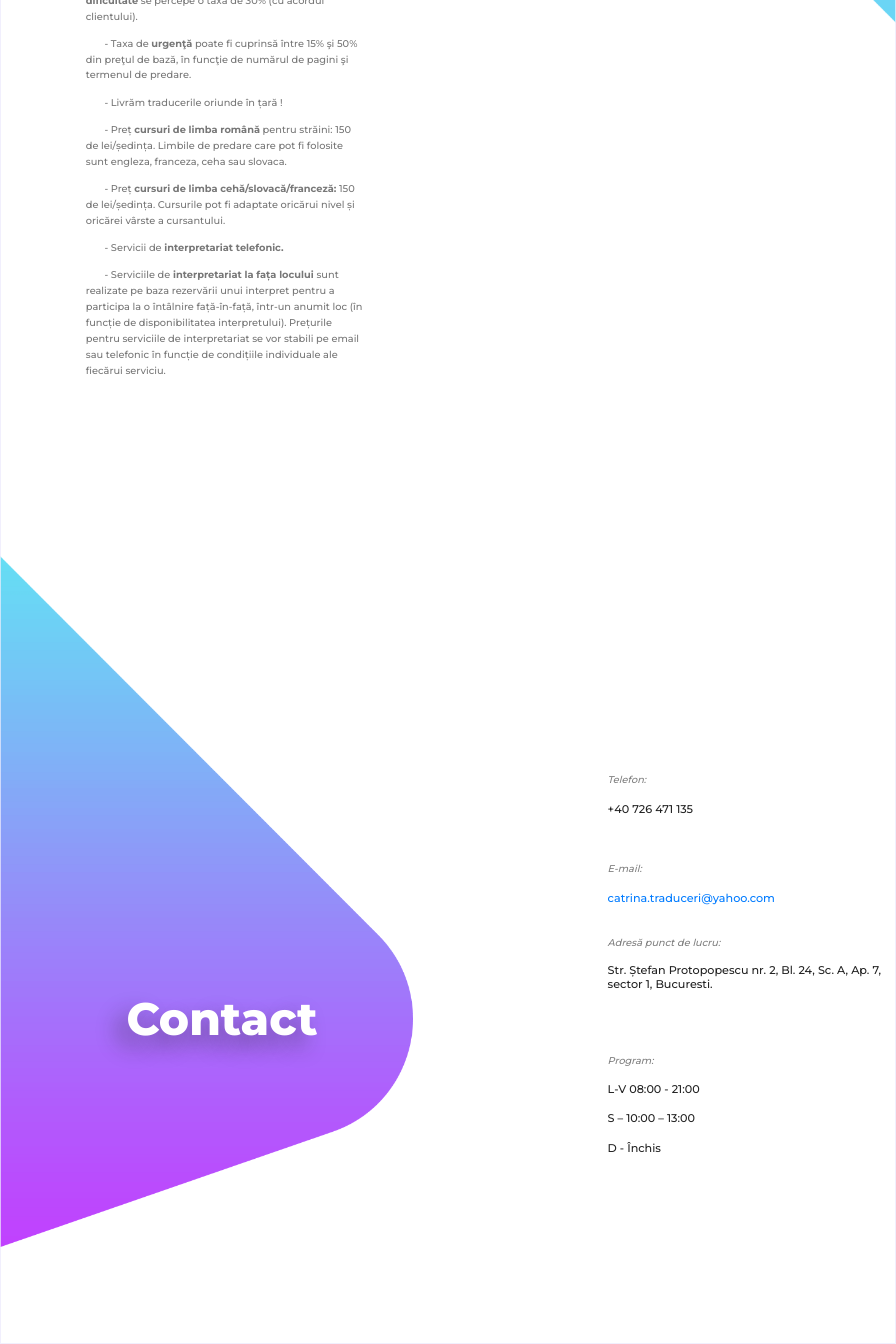
Repository: roscaImarius/site_traduceri
Page: index.html
An editor plug-in stored every save of this project. The page is shown before and after the next save, followed by the edit.
The browser window is 1280 px wide. The pictures show the part of the page from y = 4490 to 6410 px (the page is 6410 px tall), at 70% of full size.

Above is the page before, as saved 2022-03-22 03:51:36.

After the next save:
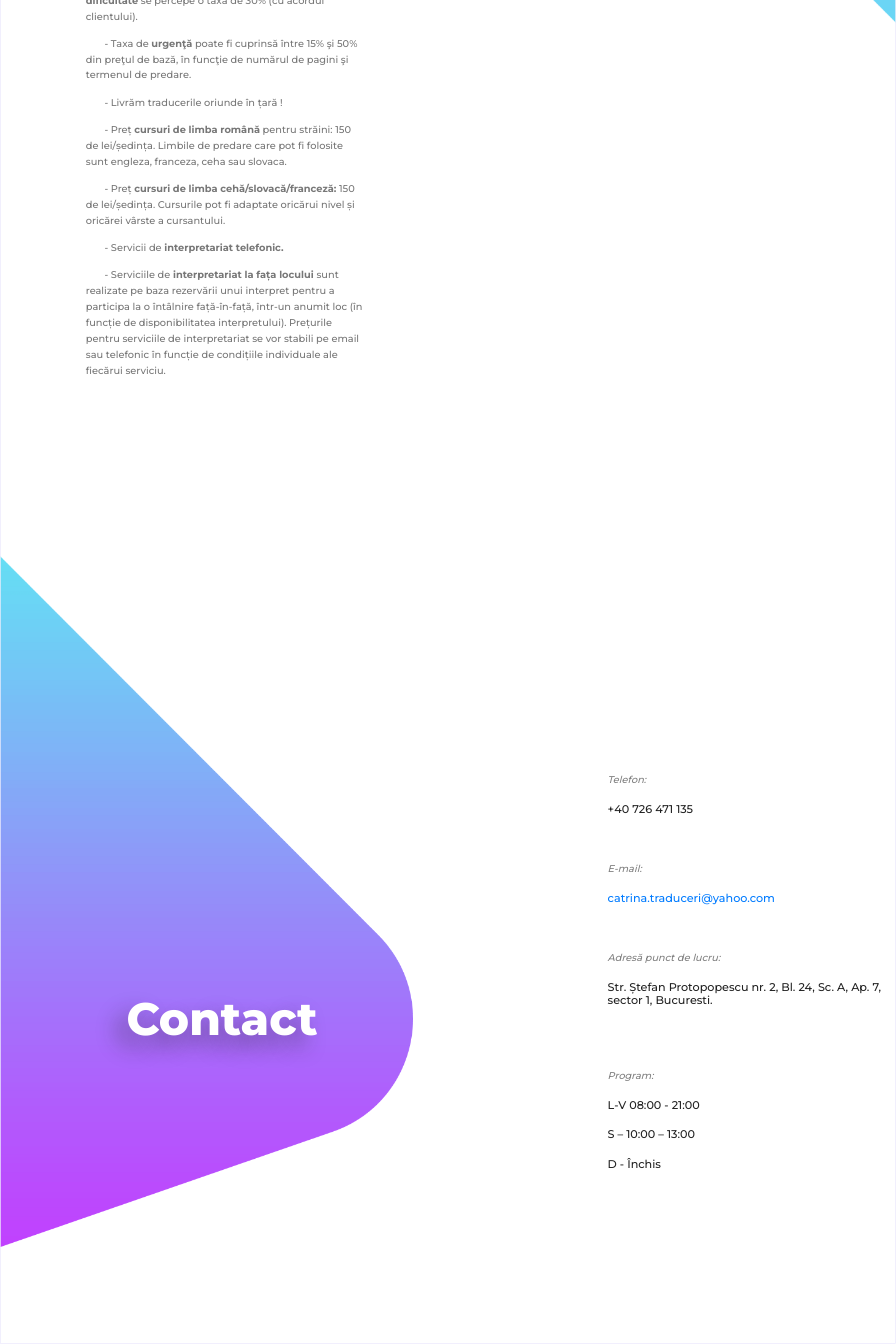
Saved 12 s later.
--- a/index.html
+++ b/index.html
@@ -348,8 +348,7 @@
 
                    <a href="mailto:catrina.traduceri@yahoo.com">catrina.traduceri@yahoo.com</a>
                </h5>
-               <br>
-               <br>
+               <br>               <br>               <br>
           </div>
 
           <div class="form-area adresa text-left">
